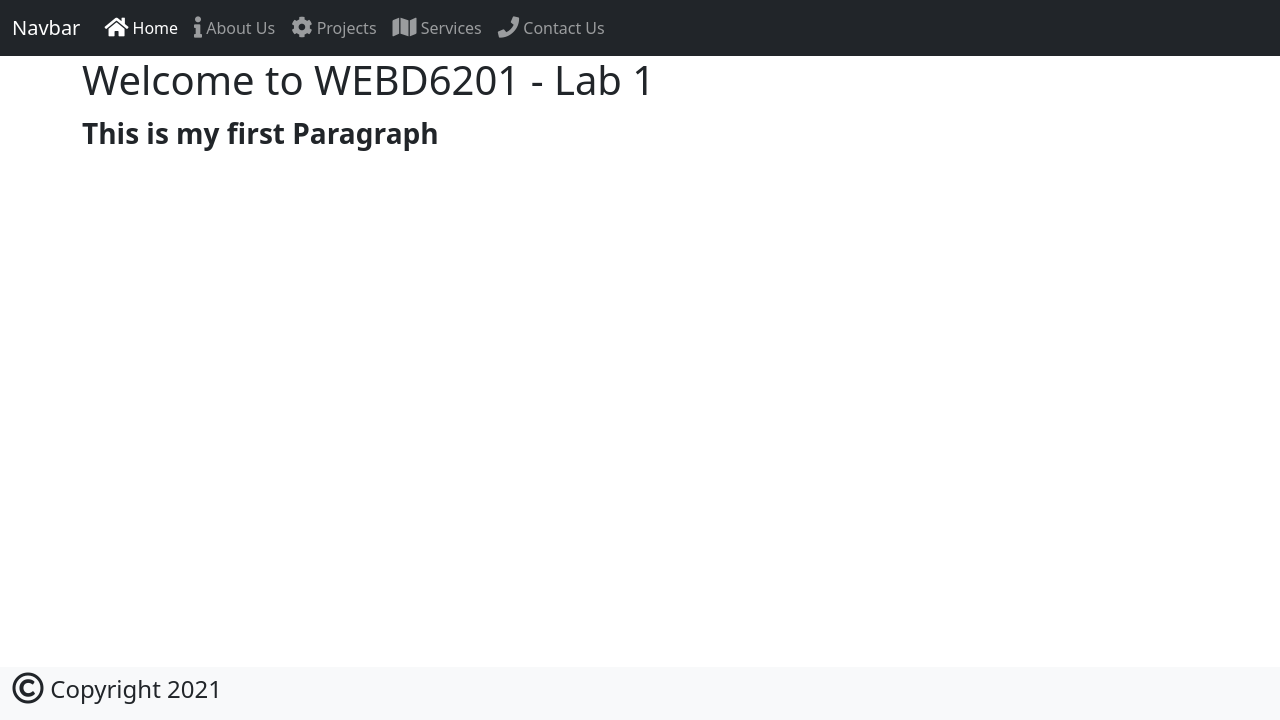
Repository: ErikHayward/WEBD6201-W2021-ICE1b
Page: index.html
These files come from the project's save history. The page is drawn as it stood at one moment and after the next save; the edit follows.
The browser window is 1280 px wide. The pictures show the whole page.

Above is the page before, as saved 2021-01-22 20:19:59.

After the next save:
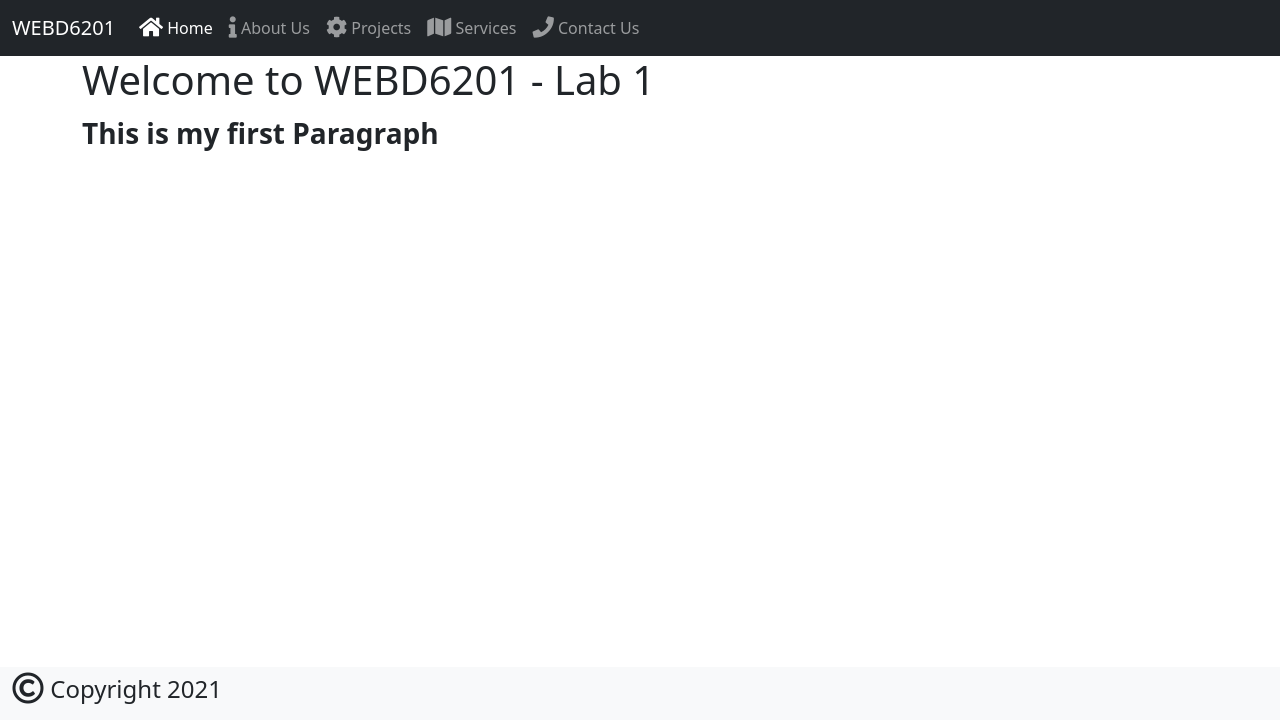
Saved 2 min 44 s later.
--- a/index.html
+++ b/index.html
@@ -14,7 +14,7 @@
     <header>
         <nav class="navbar navbar-expand-lg navbar-dark bg-dark">
             <div class="container-fluid">
-              <a class="navbar-brand" href="#">Navbar</a>
+              <a class="navbar-brand" href="index.html">WEBD6201</a>
               <button class="navbar-toggler" type="button" data-bs-toggle="collapse" data-bs-target="#navbarSupportedContent" aria-controls="navbarSupportedContent" aria-expanded="false" aria-label="Toggle navigation">
                 <span class="navbar-toggler-icon"></span>
               </button>
